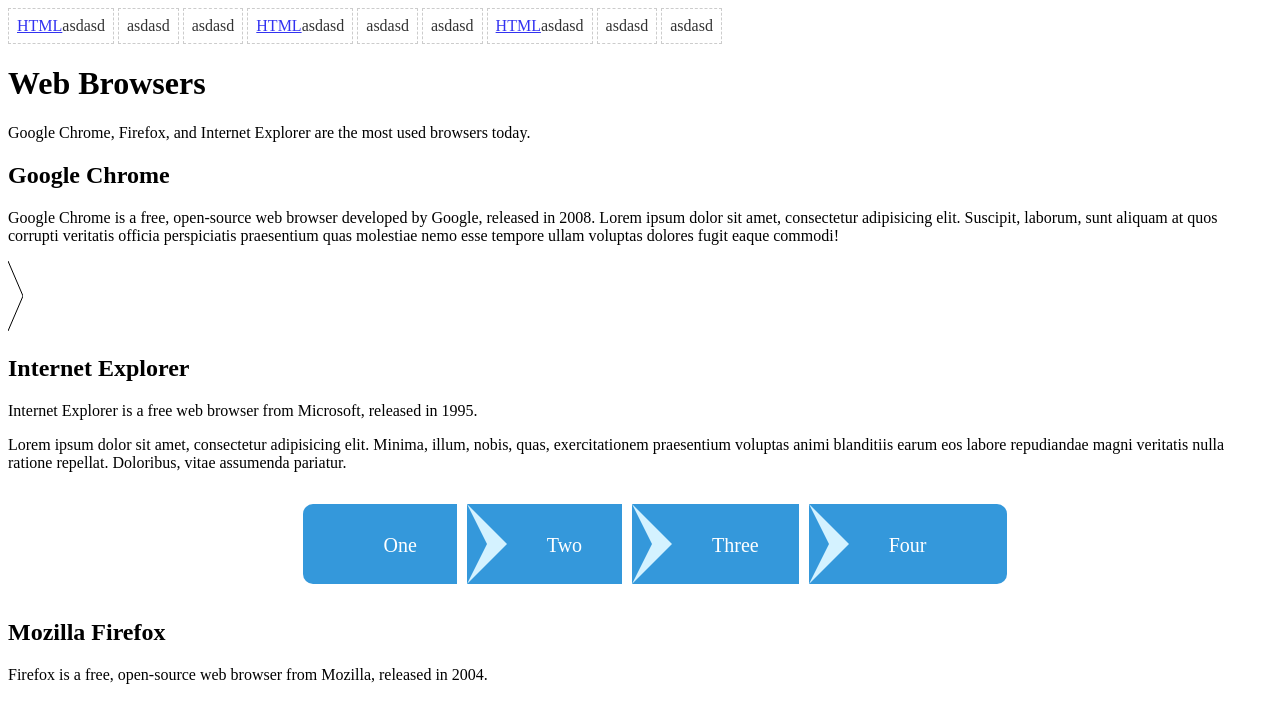
Repository: lernmark/scorchio
Page: arrows.html
The author's editor kept a record of every edit. The page is drawn from the files as they stood at one moment, then again after the next edit.
The browser window is 1280 px wide. The pictures show the whole page.

Above is the page before.

### arrows.html
<!DOCTYPE html>
<html>
    <head>
        <title>Arrows</title>
        <style type="text/css">
            nav div {
                display:inline-block;
                border: dashed 1px silver;
                padding:0.5em;
                opacity:0.8;
            }
            nav div:hover {
                border:solid 1px silver;
                opacity:1;
            }

#crumbs {
	text-align: center;
}

	#crumbs ul {
		list-style: none;
		display: inline-table;
	}
		#crumbs ul li {
			display: inline;
		}

		#crumbs ul li a {
			display: block;
			float: left;
			height: 50px;
			background: #3498db;
			text-align: center;
			padding: 30px 40px 0 80px;
			position: relative;
			margin: 0 10px 0 0;
			font-size: 20px;
			text-decoration: none;
			color: #fff;
		}
			#crumbs ul li a:after {
				content: "";
				border-top: 40px solid transparent;
	 			border-bottom: 40px solid transparent;
	  			border-left: 40px solid #3498db;
				position: absolute; right: -40px; top: 0;
				z-index: 1;
				transform: rotate3d(0, 1, 0, 60deg);
			}

			#crumbs ul li a:before {
				content: "";
				border-top: 40px solid transparent;
	  			border-bottom: 40px solid transparent;
	  			border-left: 40px solid #d4f2ff;
				position: absolute; left: 0; top: 0;

			}

				#crumbs ul li:first-child a {
					border-top-left-radius: 10px; border-bottom-left-radius: 10px;
				}
				#crumbs ul li:first-child a:before {
					display: none;
				}

				#crumbs ul li:last-child a {
					padding-right: 80px;
					border-top-right-radius: 10px; border-bottom-right-radius: 10px;
				}
				#crumbs ul li:last-child a:after {
					display: none;
				}

			#crumbs ul li a:hover {
				background: #fa5ba5;
			}
				#crumbs ul li a:hover:after {
					border-left-color: #fa5ba5;
				}


        </style>
    </head>
    <body>


    <main>
<nav>
    <div><a href="#">HTML</a>asdasd</div>
    <div>asdasd</div>
    <div>asdasd</div>
    <div><a href="#">HTML</a>asdasd</div>
    <div>asdasd</div>
    <div>asdasd</div>
    <div><a href="#">HTML</a>asdasd</div>
    <div>asdasd</div>
    <div>asdasd</div>
</nav>
      <h1>Web Browsers</h1>
      <p>Google Chrome, Firefox, and Internet Explorer are the most used browsers today.</p>

      <article>
        <h1>Google Chrome</h1>
        <p>Google Chrome is a free, open-source web browser developed by Google,
        released in 2008. Lorem ipsum dolor sit amet, consectetur adipisicing elit. Suscipit, laborum, sunt aliquam at quos corrupti veritatis officia perspiciatis praesentium quas molestiae nemo esse tempore ullam voluptas dolores fugit eaque commodi! </p>
        <svg height="70" width="15">
            <polyline points="0,0 15,35 0,70" style="fill:none;stroke:black;stroke-width:1"></polyline>
        </svg>
      </article>

      <article>
        <h1>Internet Explorer</h1>
        <p>Internet Explorer is a free web browser from Microsoft, released in 1995.</p>
        <P>Lorem ipsum dolor sit amet, consectetur adipisicing elit. Minima, illum, nobis, quas, exercitationem praesentium voluptas animi blanditiis earum eos labore repudiandae magni veritatis nulla ratione repellat. Doloribus, vitae assumenda pariatur.</P>
<div id="crumbs">
	<ul>
		<li><a href="#1">One</a></li>
		<li><a href="#2">Two</a></li>
		<li><a href="#3">Three</a></li>
		<li><a href="#4">Four</a></li>
	</ul>
</div>
      </article>

      <article>
        <h1>Mozilla Firefox</h1>
        <p>Firefox is a free, open-source web browser from Mozilla, released in 2004.</p>
      </article>
    </main>

    </body>
</html>

After the next edit:
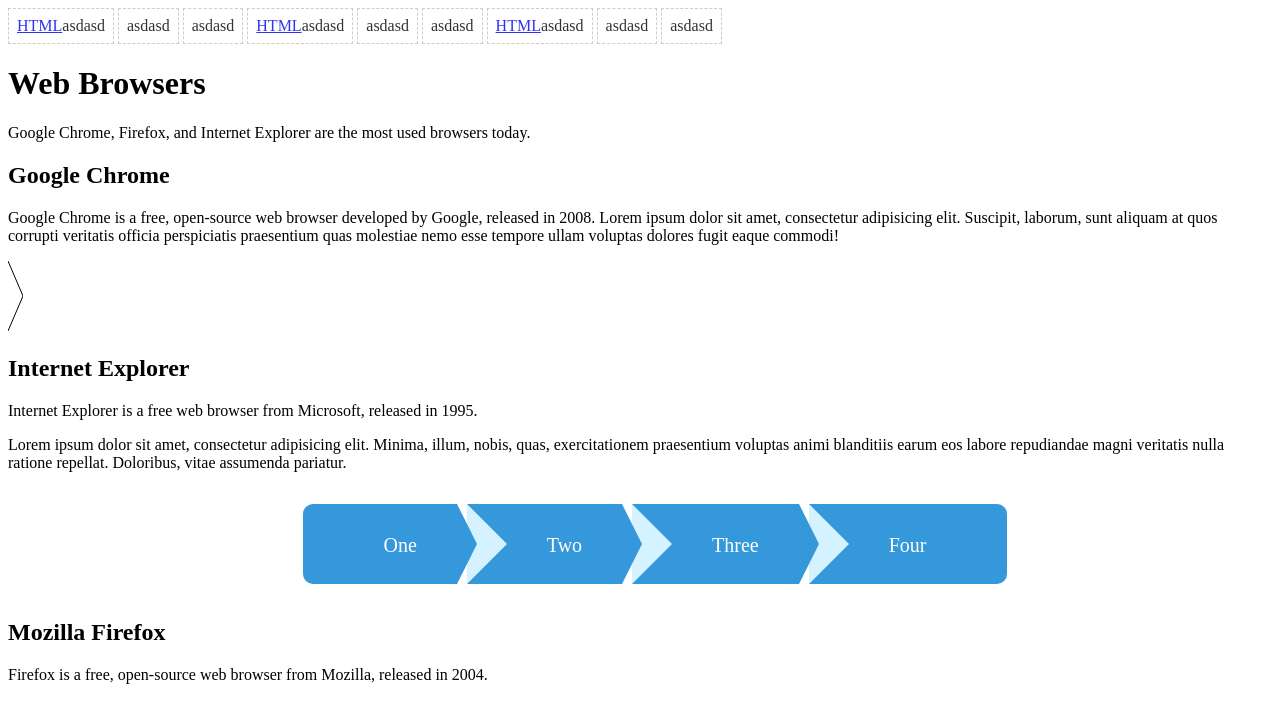
The edit:
--- a/arrows.html
+++ b/arrows.html
@@ -44,7 +44,7 @@
 				border-top: 40px solid transparent;
 	 			border-bottom: 40px solid transparent;
 	  			border-left: 40px solid #3498db;
-				position: absolute; right: -40px; top: 0;
+				position: absolute; right: -30px; top: 0;
 				z-index: 1;
 				transform: rotate3d(0, 1, 0, 60deg);
 			}
